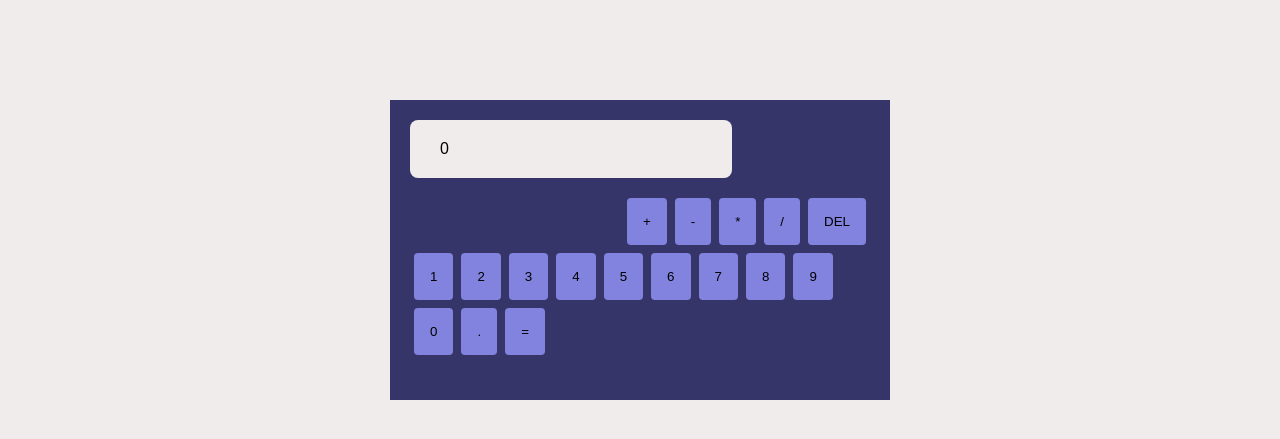
Repository: Bishek666/simple-calculator
Page: /
An editor plug-in stored every save of this project. The page is shown before and after the next save, followed by the edit.
The browser window is 1280 px wide. The pictures show the whole page.
The project was rebuilt for these pictures with package versions that can differ from the ones it lists, and the page was loaded fresh each time.

Above is the page before, as saved 2021-10-20 17:47:46.

After the next save:
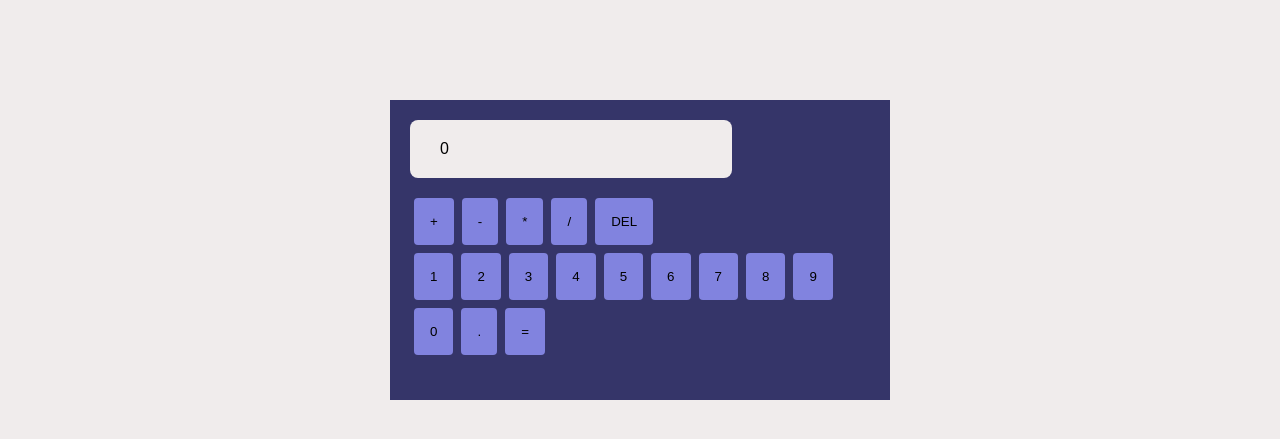
Saved 68 s later.
--- a/src/index.css
+++ b/src/index.css
@@ -46,5 +46,4 @@ button {
 }
 
 .operators {
-    align-self: flex-end;
 }
